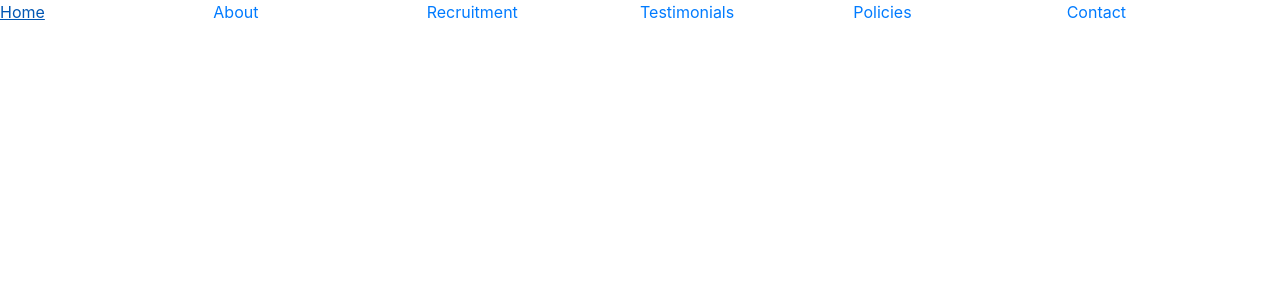
Repository: cerebrium/website
Page: /testimonials
An editor plug-in stored every save of this project. The page is shown before and after the next save, followed by the edit.
The browser window is 1280 px wide. The pictures show the whole page.
The project was rebuilt for these pictures with package versions that can differ from the ones it lists, and the page was loaded fresh each time. Also part of the build but not shown: src/Routes/About.jsx, src/Routes/Recruitment.jsx, src/Routes/Policies.jsx, src/Routes/Home.jsx, src/Routes/Contact.jsx.

Above is the page before, as saved 2019-11-02 12:34:01.

After the next save:
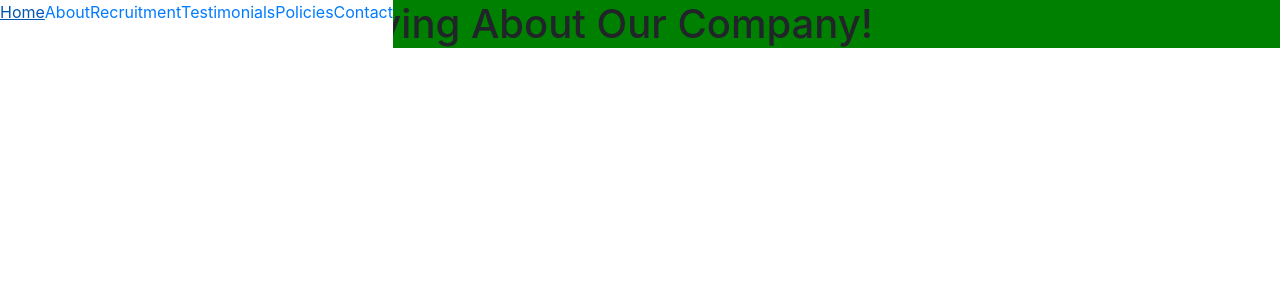
Saved 22 s later.
--- a/src/styles/App.css
+++ b/src/styles/App.css
@@ -24,8 +24,7 @@
   display: flex;
 
   background-color: white;
-  height: 12%; /* Full height */
-  width: 100%;
+
 }
 
 /***************************** HOME APP STYLING ******************************/
